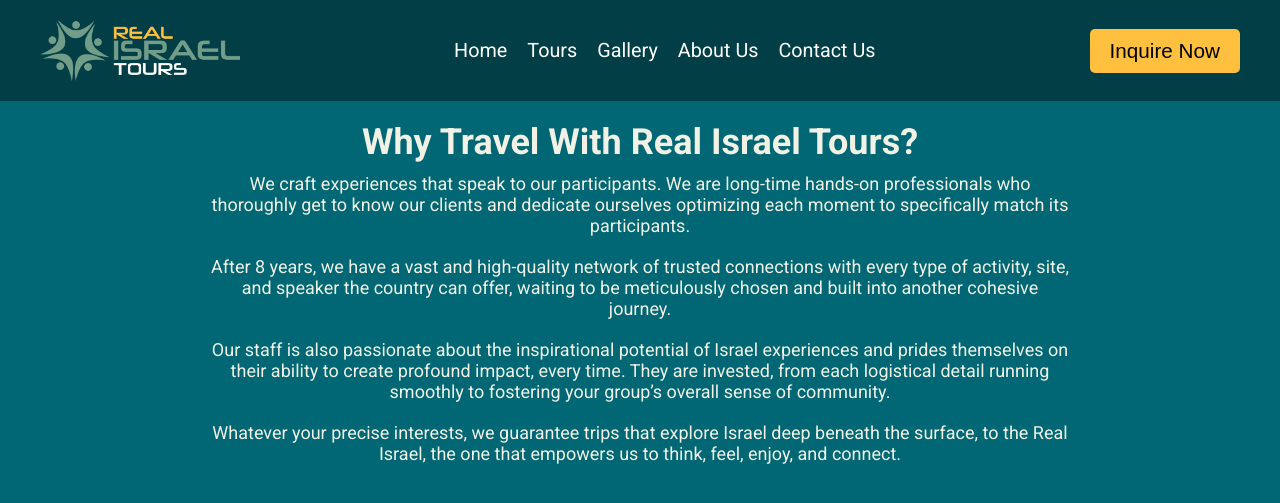
Repository: Pafestivo/realIsraelTours
Page: / (app in frontend/)
The author's editor kept a copy of each file at every save. The page is drawn from the files as they stood at one save, then again after the next save.
The browser window is 1280 px wide. The pictures show the whole page.
The project was rebuilt for these pictures with package versions that can differ from the ones it lists, and the page was loaded fresh each time. The framework's server and built-in components were replaced by stand-ins that run in the browser. Also part of the build but not shown: frontend/next.config.js.

Above is the page before, as saved 2023-09-19 20:07:36.

After the next save:
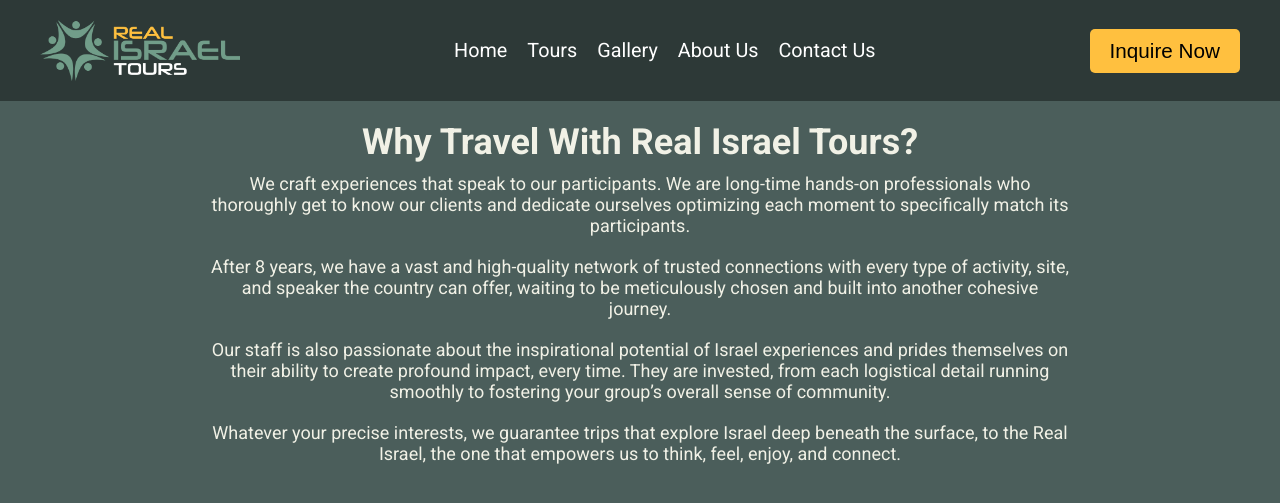
Saved 4 min 59 s later.
--- a/frontend/src/styles/globals.css
+++ b/frontend/src/styles/globals.css
@@ -1,5 +1,5 @@
 :root {
-  --main-bg-color: #016774;
+  --main-bg-color: #4b5e5b;
   --main-text-color: #F1F1E6;
 }
 
